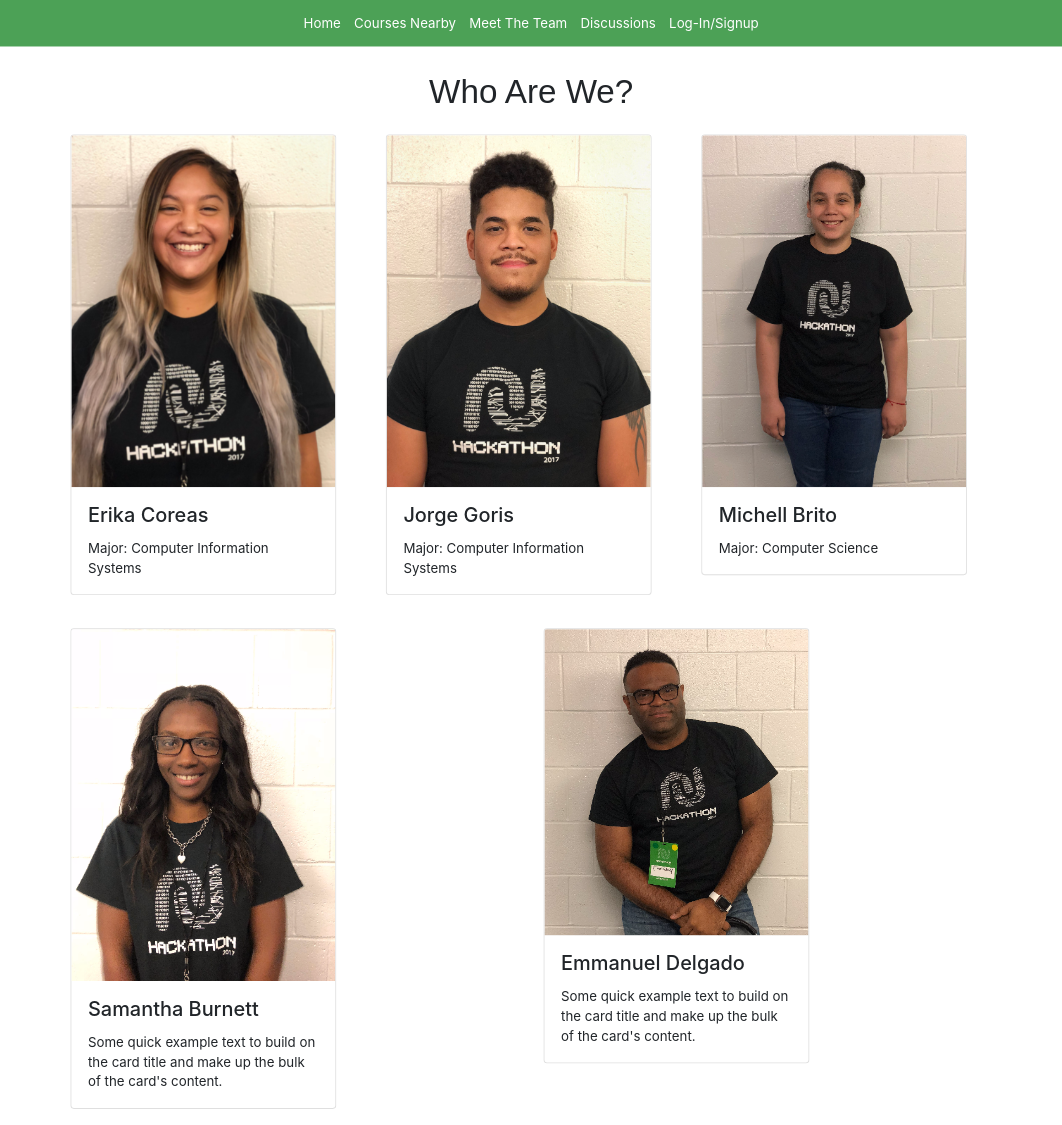
Repository: SamanthaBurnett/Hackathon2017
Page: meet_the_team.html
The author's editor kept a record of every edit. The page is drawn from the files as they stood at one moment, then again after the next edit.
The browser window is 1280 px wide. The pictures show the whole page, at 83% of full size.
Some web fonts or font styles are not loaded; a fallback is used.

Above is the page before.

### meet_the_team.html
<!DOCTYPE html>
<html>
  <head>
    <title>Meet The Team</title>
	<!--Required Meta Tags-->
	<meta charset="UTF-8">
	<meta name="viewport" content="width=device-width, initial-scale=1, shrink-to-fit=no">
	<!--Bootstrap 4-->
	<link rel="stylesheet" href="https://maxcdn.bootstrapcdn.com/bootstrap/4.0.0-beta.2/css/bootstrap.min.css" integrity="sha384-PsH8R72JQ3SOdhVi3uxftmaW6Vc51MKb0q5P2rRUpPvrszuE4W1povHYgTpBfshb" crossorigin="anonymous">
	<!--Custom Styles-->
	<link rel="stylesheet" type="text/css" href="assets/stylesheets/styles.css">
  </head>
  <body>
    <nav class="navbar navbar-expand-lg navbar-light bg-light">
        <button class="navbar-toggler" type="button" data-toggle="collapse" data-target="#navbarSupportedContent" aria-controls="navbarSupportedContent" aria-expanded="false" aria-label="Toggle navigation">
            <span class="navbar-toggler-icon"></span>
        </button>

        <div class="collapse navbar-collapse justify-content-center" id="navbarSupportedContent">
            <ul class="navbar-nav">
              <li class="nav-item">
                <a class="nav-link" href="index.html">Home</a>
              </li>
              <li class="nav-item">
                <a class="nav-link" href="coursesnearby.html">Courses Nearby</a>
              </li>
              <li class="nav-item">
                  <a class="nav-link" href="meet_the_team.html">Meet The Team</a>
              </li>
              <li class="nav-item">
                  <a class="nav-link" href="discussions.html">Discussions</a>
              </li>
              <li class="nav-item">
              <a class="nav-link" href="signin.html">Log-In/Signup</a>
              </li>
            </ul>
          </div>
     </nav>
     <div class="container meetTheTeam">
       <h1 class="text-center">Who Are We?</h1>
       <div class="row">
         <div class="col">
           <div class="card" style="width: 20rem;">
            <img class="card-img-top" src="assets/images/Erika.JPG" alt="Erika Image">
            <div class="card-body">
              <h4 class="card-title">Erika Coreas</h4>
              <p class="card-text">Major: Computer Information Systems</p>
            </div><!--end card-body-->
          </div><!--end card-->
         </div><!--end col-->
         <div class="col">
           <div class="card" style="width: 20rem;">
            <img class="card-img-top" src="assets/images/Jorge.JPG" alt="Jorge Image">
            <div class="card-body">
              <h4 class="card-title">Jorge Goris</h4>
              <p class="card-text">Major: Computer Information Systems</p>
            </div><!--end card-body-->
          </div><!--end card-->
         </div><!--end col-->
         <div class="col">
           <div class="card" style="width: 20rem;">
            <img class="card-img-top" src="assets/images/Michell.JPG" alt="Michell Image">
            <div class="card-body">
              <h4 class="card-title">Michell Brito</h4>
              <p class="card-text">Major: Computer Science</p>
            </div><!--end card-body-->
          </div><!--end card-->
         </div><!--end col-->
         <div class="col">
           <div class="card" style="width: 20rem;">
            <img class="card-img-top" src="assets/images/samantha.jpg" alt="Samantha Image">
            <div class="card-body">
              <h4 class="card-title">Samantha Burnett</h4>
              <p class="card-text">Some quick example text to build on the card title and make up the bulk of the card's content.</p>
            </div><!--end card-body-->
          </div><!--end card-->
         </div><!--end col-->
         <div class="col">
           <div class="card" style="width: 20rem;">
            <img class="card-img-top" src="assets/images/Emmanuel.JPG" alt="Emmanuel Image">
            <div class="card-body">
              <h4 class="card-title">Emmanuel Delgado</h4>
              <p class="card-text">Some quick example text to build on the card title and make up the bulk of the card's content.</p>
            </div><!--end card-body-->
          </div><!--end card-->
         </div><!--end col-->
       </div><!--end row-->
     </div><!--end container-->



  </body>
</html>

### assets/stylesheets/styles.css
@import url('https://fonts.googleapis.com/css?family=Electrolize');


.font-headings{
  font-family: 'Electrolize', sans-serif;
  color: blue;
  text-shadow: 2px 2px #FFF;
  text-align: center;
}

/*----------------------------Navigation Styles------------------------------*/
.bg-light {
    background-color: #4CA156!important;
}

.navbar-light .navbar-nav .nav-link, .navbar-light .navbar-nav .nav-link:hover {
    color: white;
}
/*------------------------------Landing Page Styles--------------------------*/

#landing-header {
    z-index: 1;
    position: relative;
    text-align: center;
    padding-top: 40vh;
		background-size: cover;
		background-repeat: no-repeat;
	    -webkit-background-size: cover;
        -moz-background-size: cover;
        -o-background-size: cover;
}

#landing-header h1, #landing-header h2 {
    color: white;
    font-size: 45px;
    text-shadow: 0px 4px 3px rgba(0,0,0,0.4),
	         0px 8px 13px rgba(0,0,0,0.1),
			 0px 18px 23px rgba(0,0,0,0.1);
}

.landingbtn, .landingbtn:hover, landingbtn:visited, landingbtn:active {
  margin-top: 10px;
  padding: 10px 40px;
  border-radius: 5px;
  margin-bottom: 20px;
  background:
		linear-gradient(
			rgba(17, 89, 28, 0.45),
			rgba(17, 148, 138, 0.50)
		);
}

.heroSlide {
  width: 100%;
  height: 100%;
  position: absolute;
  list-style: none;
  margin: 0;
  padding: 0;
}


/*.heroSlide li { */
/*  width: 100%;*/
/*  height: 100%;*/
/*  position: absolute;*/
/*  background-size: cover;*/
/*  background-repeat: no-repeat;*/
/*  opacity: 0;*/
/*  animation: imageAnimation 20s linear infinite;*/
/*}*/

.heroSlide li:nth-child(1) {
    background:
		linear-gradient(
			rgba(17, 89, 28, 0.45),
			rgba(17, 148, 138, 0.50)
		),
  url(../images/teamimg1.jpg);
  width: 100%;
  height: 100%;
  position: absolute;
  background-size: cover;
  background-repeat: no-repeat;
  opacity: 0;
  animation: imageAnimation 20s linear infinite;

}
.heroSlide li:nth-child(2) {
    background:
		linear-gradient(
			rgba(17, 89, 28, 0.45),
			rgba(17, 148, 138, 0.50)
		),
  url(../images/teamimg2.jpg);
  width: 100%;
  height: 100%;
  position: absolute;
  background-size: cover;
  background-repeat: no-repeat;
  opacity: 0;
  animation-delay: 5s;
  animation: imageAnimation 20s linear infinite;
}
.heroSlide li:nth-child(3) {
    background:
		linear-gradient(
			rgba(17, 89, 28, 0.45),
			rgba(17, 148, 138, 0.50)
		),
  url(../images/teamimg3.jpg);
  width: 100%;
  height: 100%;
  position: absolute;
  background-size: cover;
  background-repeat: no-repeat;
  opacity: 0;
  animation-delay: 10s;
  animation: imageAnimation 20s linear infinite;
}

@keyframes imageAnimation {
  0% {
    opacity: 0;
    animation-timing-function: ease-in;
  }
  10% {
    opacity: 1;
    animation-timing-function: ease-out;
  }
  20% {
    opacity: 1
  }
  30% {
    opacity: 1
  }
}

/*---------------------Index Styles--------------------------------------*/

.maincontent h1 {
  padding-bottom: 40px;
}


.WhatCanYouDo, .contentAndTrending {
    margin-top: 100px;
    margin-bottom: 100px;
}

.WhatCanYouDo i {
    color: black;
}

/*---------------------------Content and Trending Styles----------------*/

.maincontent {
    position: relative;
}

.contentAndTrending .col {
    margin: 20px;
}






/*-------------------------Meet The Team Styles----------------------------*/

.meetTheTeam h1 {
  margin-top: 30px;
}
.card {
  margin-bottom: 20px;
  margin-top: 20px;
}










/*------------------------Discussions----------------------*/
.main-box{
  margin:10px;
  height:200px;
  display:flex;
  justify-content:center;
}

.photo-box{
  margin:10px;
  padding:5px;
  height:80px;
  width:90px;
  border:2px solid #4CA156;
  display:flex;
  justify-content: flex-start;
  align-items: center;
  background-color:#FFFFFF;
}

.photo-box i {
  color: black;
  align-items: center;
}

.text-box{
  margin:10px;
  padding:10px;
  height:150px;
  width:800px;
  background-color:#FFFFFF;
  border:2px solid #4CA156;
}

/*------------------------COURSES NEARBY----------------------*/
.center-div
{
   margin: 0 auto;
   width: 100px;
}

.text-center{
  font-family:'Electrolize', sans-serif;

}


/*----------------------------Sign In Form Styles--------------------*/

.form-row {
  padding-top: 20px;
  padding-bottom: 20px;
}

.form-control:focus {
  border: 3px solid #4CA156;
  outline: none;
  box-shadow: none;
}

.maincontent h1 {
  margin-top: 30px;
}

.maincontent h4 {
  margin-bottom: 30px;
}

/*--------------------------Footer Styles-------------------------*/
footer {
    background-color: #4CA156;
}

i {
    color: white;
    padding: 30px 15px;
}

After the next edit:
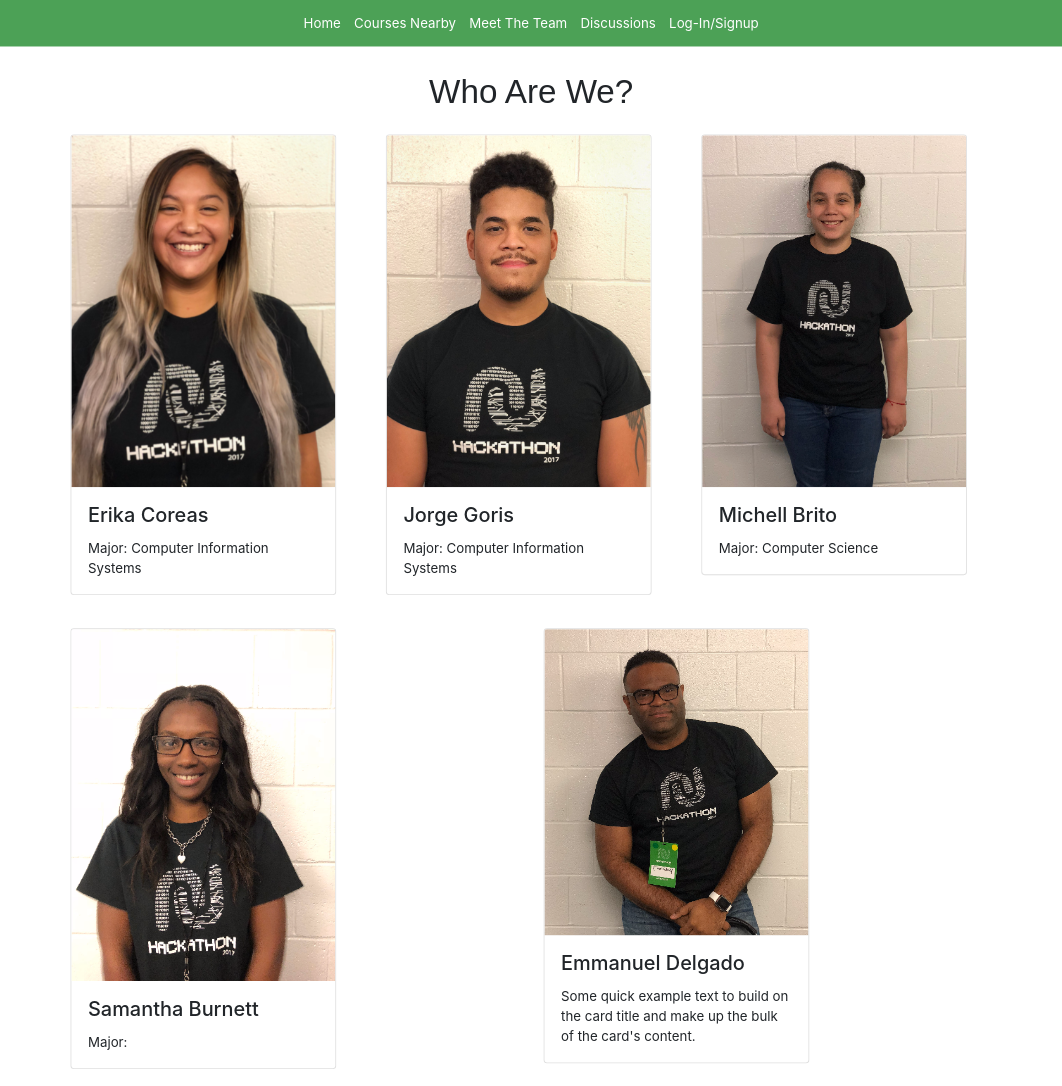
The edit:
--- a/meet_the_team.html
+++ b/meet_the_team.html
@@ -71,7 +71,7 @@
             <img class="card-img-top" src="assets/images/samantha.jpg" alt="Samantha Image">
             <div class="card-body">
               <h4 class="card-title">Samantha Burnett</h4>
-              <p class="card-text">Some quick example text to build on the card title and make up the bulk of the card's content.</p>
+              <p class="card-text">Major: </p>
             </div><!--end card-body-->
           </div><!--end card-->
          </div><!--end col-->
